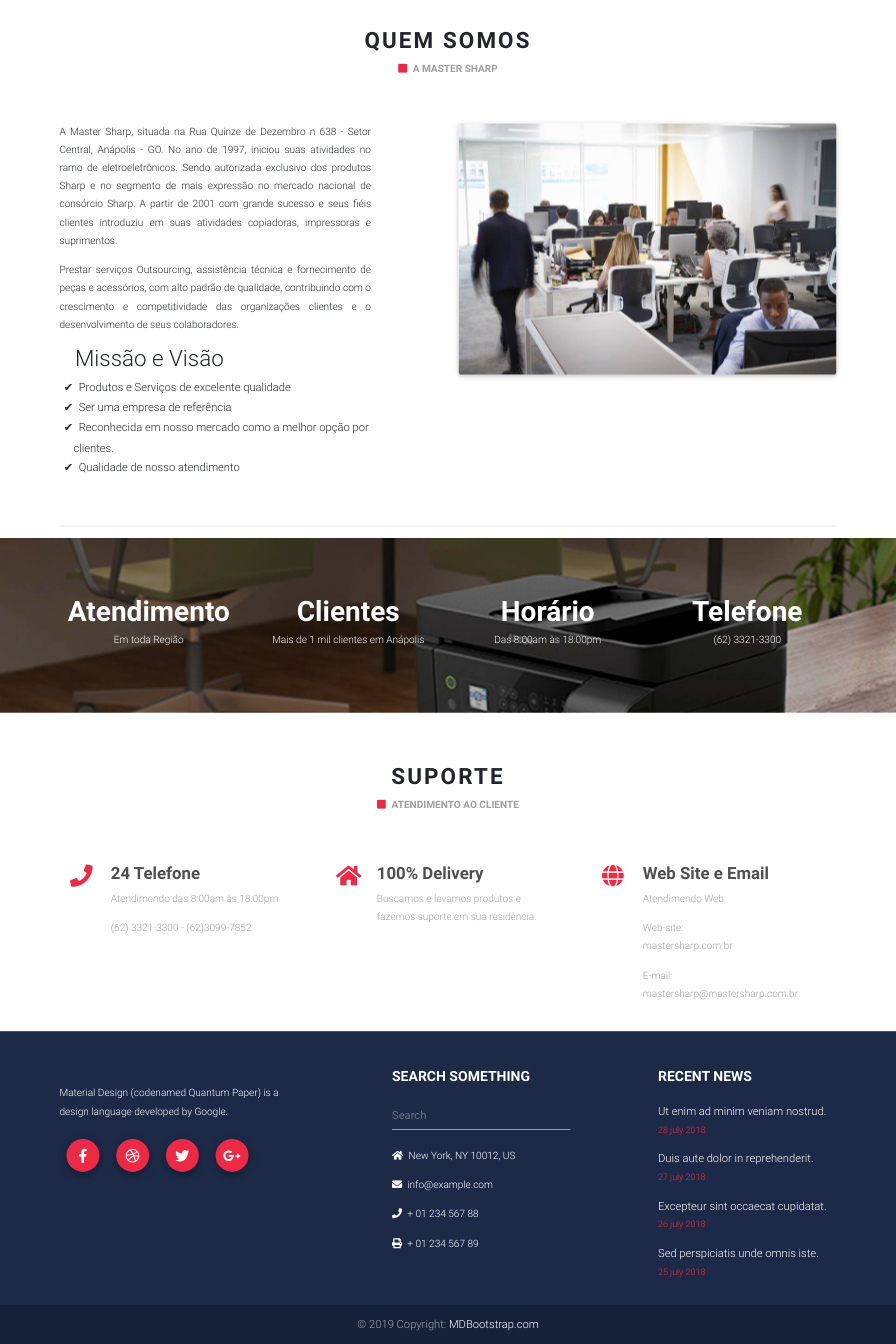
Repository: SalomaoMiguel/mastshap
Page: html/index.html
These files come from the project's save history. The page is drawn as it stood at one moment and after the next save; the edit follows.
The browser window is 1280 px wide. The pictures show the part of the page from y = 1373 to 3293 px (the page is 3293 px tall), at 70% of full size.
Some web libraries are served in a nearby version.

Above is the page before, as saved 2021-02-17 15:27:22.

After the next save:
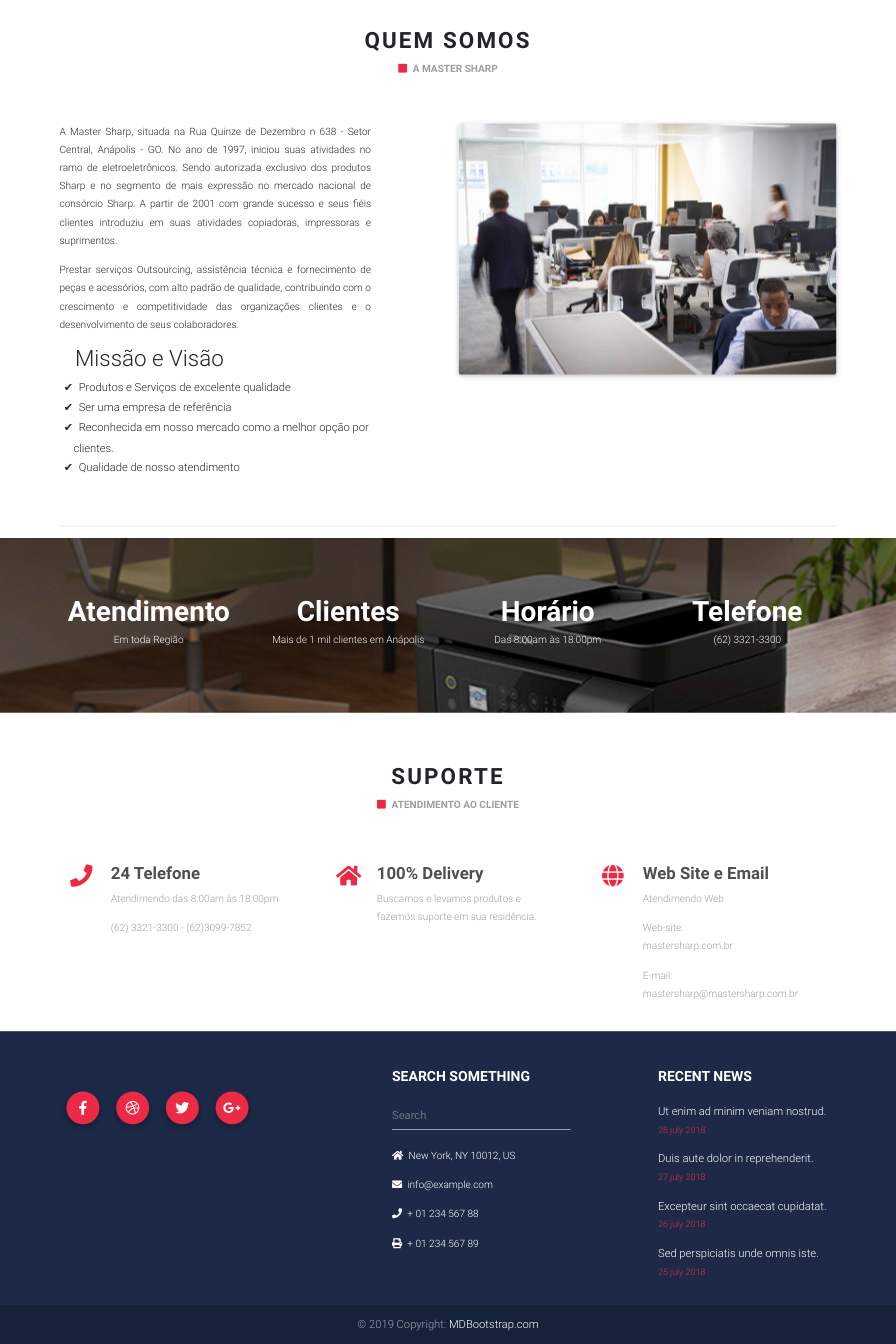
Saved 5 s later.
--- a/html/index.html
+++ b/html/index.html
@@ -388,7 +388,7 @@
           <!--About-->
           <h5 class="title mb-4 font-weight-bold"></h5>
 
-          <p>Material Design (codenamed Quantum Paper) is a design language developed by Google.</p>
+          <p></p>
 
           <p></p>
           <!--/About -->
